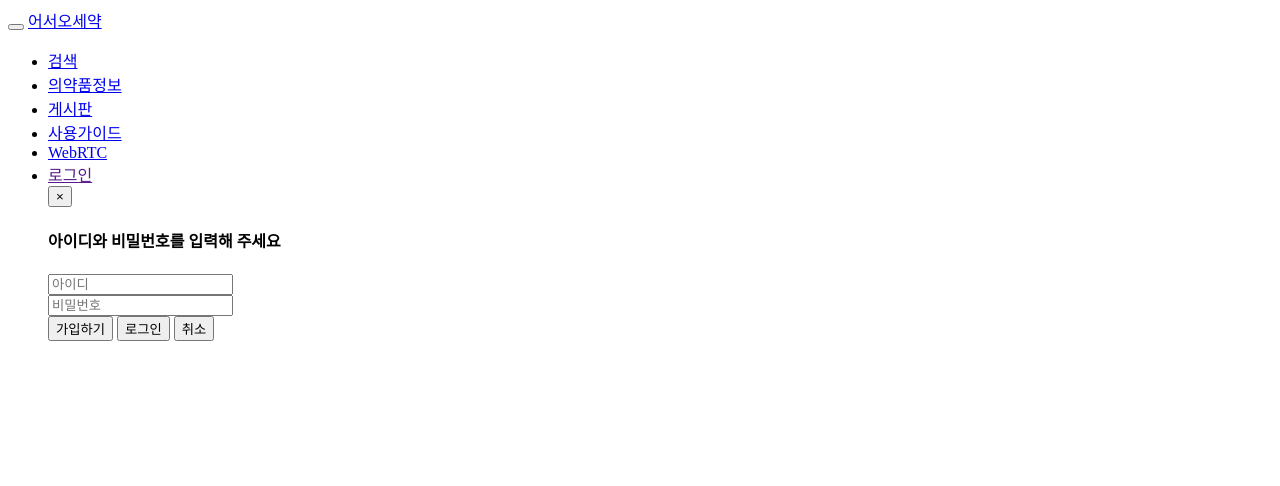
Repository: letzbegin/Study
Page: http://localhost/portfolio/WEB-INF/views/include/header.jsp
These files come from the project's save history. The page is drawn as it stood at one moment and after the next save; the edit follows.
The browser window is 1280 px wide. The pictures show the whole page.
The page is served by Tomcat 9. Nobody is signed in. Other server files are loaded and not shown. The template is opened directly, without the code that normally fills it, so the values that code supplies are empty.

Above is the page before, as saved 2018-10-16 04:06:07.
Console error: ReferenceError: $ is not defined

### pol/portfolio/src/main/webapp/WEB-INF/views/include/header.jsp
<%@ page language="java" contentType="text/html; charset=UTF-8"
	pageEncoding="UTF-8"%>
<%@ taglib uri="http://java.sun.com/jsp/jstl/core" prefix="c"%>
<!DOCTYPE html>
<html>
<head>
<meta http-equiv="Content-Type" content="text/html; charset=UTF-8">
<title>Insert title here</title>
</head>
<style type="text/css">
.rolling_panel {
	position: relative;
	margin: 0 auto;
	padding: 0;
	overflow: hidden;
}

.rolling_panel ul {
	position: absolute;
	margin: 5px;
	padding: 0;
	list-style: none;
}

.rolling_panel ul li {
	float: left;
}
</style>

<body>
	<nav class="navbar navbar-default navbar-fixed-top">
		<div class="container">
			<div class="navbar-header">
				<button type="button" class="navbar-toggle" data-toggle="collapse"
					data-target="#myNavbar">
					<span class="icon-bar"></span> <span class="icon-bar"></span> <span
						class="icon-bar"></span>
				</button>
				<a class="navbar-brand" href="home">어서오세약</a>
			</div>
			<div class="collapse navbar-collapse" id="myNavbar">
				<ul class="nav navbar-nav navbar-right">
					<li><a href="search">검색</a></li>
					<li><a href="pillnon">의약품정보</a></li>
					<li><a href="list.bo">게시판</a></li>
					<li><a href="guide">사용가이드</a></li>
					<li><a href="webrtc">WebRTC</a></li>
					<li>
						<c:if test="${!empty login_info }">
						<a id="login_tl" href="" onclick="go_logout()">${login_info.name }</a>
						</c:if>
						<c:if test="${empty login_info }">
							<a id="login_tl" data-toggle="modal" href=""
								data-target="#myModal">로그인</a>
							<!-- Modal -->
							<div class="modal fade" id="myModal" role="dialog">
								<div class="modal-dialog">
									<!-- Modal content-->
									<div class="modal-content">
										<div class="modal-header">
											<button type="button" class="close" data-dismiss="modal">&times;</button>
											<h4 class="modal-title">아이디와 비밀번호를 입력해 주세요</h4>
										</div>
										<div class="modal-body">
											<div class="input-group">
												<span class="input-group-addon"><i
													class="glyphicon glyphicon-user"></i></span> <input id="userid"
													type="text" class="form-control" name="userid"
													placeholder="아이디">
											</div>
											<div class="input-group">
												<span class="input-group-addon"><i
													class="glyphicon glyphicon-lock"></i></span> <input id="userpwd"
													type="password" class="form-control" name="userpwd"
													placeholder="비밀번호">
											</div>
										</div>
										<div class="modal-footer">
											<button type="button" class="btn btn-default"
												data-dismiss="modal" onclick="location='member'">가입하기</button>
											<button type="button" class="btn btn-default"
												data-dismiss="modal" onclick="go_Login()">로그인</button>
											<button type="button" class="btn btn-default"
												data-dismiss="modal">취소</button>
										</div>
									</div>
								</div>
							</div>
						</c:if></li>
				</ul>
			</div>
		</div>
	</nav>

	<div class="jumbotron text-center"
		style="margin-bottom: 0; padding: 0;">
		<br> <br>
		<div class="rolling_panel">

			<ul>
				<li><h2>공지사항입니다1</h2></li>
				<li><h2>공지사항입니다2</h2></li>
				<li><h2>공지사항입니다3</h2></li>
				<li><h2>공지사항입니다4</h2></li>
			</ul>
		</div>
		<a href="javascript:void(0)" id="prev"><span
			class="glyphicon glyphicon-triangle-left"></span></a> <a
			href="javascript:void(0)" id="next"><span
			class="glyphicon glyphicon-triangle-right"></span></a>
	</div>

</body>
<script type="text/javascript">
	$(document).ready(function() {

		var $panel = $(".rolling_panel").find("ul");

		var itemWidth = $panel.children().outerWidth(); // 아이템 가로 길이
		var itemLength = $panel.children().length; // 아이템 수

		// Auto 롤링 아이디
		var rollingId;

		auto();

		// 배너 마우스 오버 이벤트
		$panel.mouseover(function() {
			clearInterval(rollingId);
		});

		// 배너 마우스 아웃 이벤트
		$panel.mouseout(function() {
			auto();
		});

		// 이전 이벤트
		$("#prev").on("click", prev);

		$("#prev").mouseover(function(e) {
			clearInterval(rollingId);
		});

		$("#prev").mouseout(auto);

		// 다음 이벤트
		$("#next").on("click", next);

		$("#next").mouseover(function(e) {
			clearInterval(rollingId);
		});

		$("#next").mouseout(auto);

		function auto() {

			// 2초마다 start 호출
			rollingId = setInterval(function() {
				start();
			}, 2000);
		}

		function start() {
			$panel.css("width", itemWidth * itemLength);
			$panel.animate({
				"left" : -itemWidth + "px"
			}, function() {

				// 첫번째 아이템을 마지막에 추가하기
				$(this).append("<li>" + $(this).find("li:first").html() + "</li>");

				// 첫번째 아이템을 삭제하기
				$(this).find("li:first").remove();

				// 좌측 패널 수치 초기화
				$(this).css("left", 0);
			});
		}

		// 이전 이벤트 실행
		function prev(e) {
			$panel.css("left", -itemWidth);
			$panel.prepend("<li>" + $panel.find("li:last").html() + "</li>");
			$panel.animate({
				"left" : "0px"
			}, function() {
				$(this).find("li:last").remove();
			});
		}

		// 다음 이벤트 실행
		function next(e) {
			$panel.animate({
				"left" : -itemWidth + "px"
			}, function() {
				$(this).append("<li>" + $(this).find("li:first").html() + "</li>");
				$(this).find("li:first").remove();
				$(this).css("left", 0);
			});
		}
	});

	function go_Login() {
		$.ajax({
			url : 'login',
			type : 'post',
			data : {
				userid : $('#userid').val(),
				userpwd : $('#userpwd').val()
			},
			success : function(data) {
				if (data == "fail") {
					alert("아이디 또는 비밀번호가 다릅니다!");
					$('#userid').val('');
					$('#userpwd').val('');
				} else {
					alert("로그인에 성공하셨습니다");
					location.reload();
				}
			},
			error : function(req, textStatus, err) {
				alert(textStatus + "(" + req.status + ") : " + err);
			}
		});
	}

	function go_logout() {
		$.ajax({
			url : 'logout',
			type : 'post',
			success : function() {
				location.reload();
			},
			error : function(req, textStatus, err) {
				alert(textStatus + "(" + req.status + ") : " + err);
			}
		});
	}
</script>
</html>

After the next save:
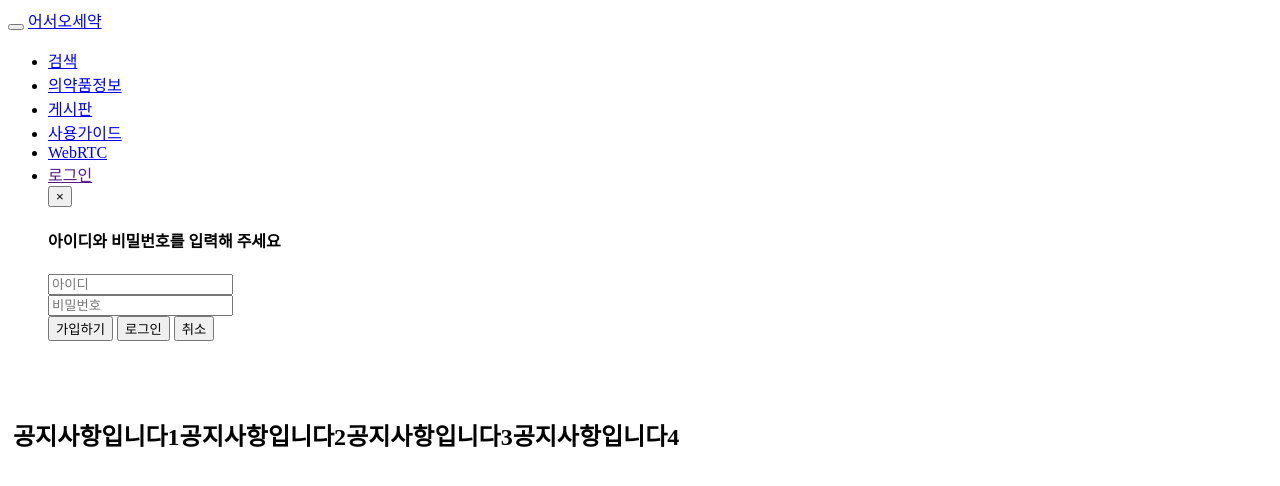
Saved 27 s later.
--- a/pol/portfolio/src/main/webapp/WEB-INF/views/include/header.jsp
+++ b/pol/portfolio/src/main/webapp/WEB-INF/views/include/header.jsp
@@ -10,6 +10,7 @@
 <style type="text/css">
 .rolling_panel {
 	position: relative;
+	height: 100px;
 	margin: 0 auto;
 	padding: 0;
 	overflow: hidden;
@@ -24,6 +25,7 @@
 
 .rolling_panel ul li {
 	float: left;
+	height: 100px;
 }
 </style>
 
